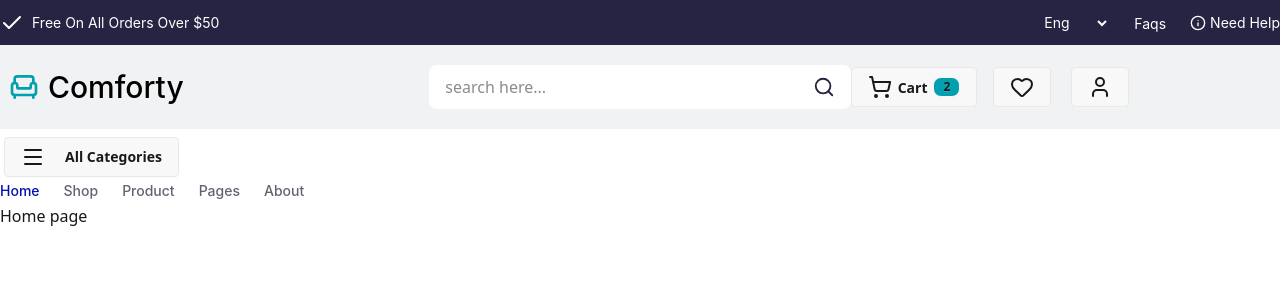
Repository: Neda0o0/store-template-website
Page: /
An editor plug-in stored every save of this project. The page is shown before and after the next save, followed by the edit.
The browser window is 1280 px wide. The pictures show the whole page.
The project was rebuilt for these pictures with package versions that can differ from the ones it lists, and the page was loaded fresh each time. Also part of the build but not shown: vite.config.js, src/Pages/Auth/Auth.jsx, src/Pages/Auth/Login/Login.jsx, src/Pages/Auth/Register/Register.jsx, src/Pages/Error/Error.jsx, src/AuthCheck/AuthCheck.jsx.

Above is the page before, as saved 2025-10-20 21:26:12.

### index.html
<!doctype html>
<html lang="en">
  <head>
    <meta charset="UTF-8" />
    <link rel="icon" type="image/svg+xml" href="/vite.svg" />
    <meta name="viewport" content="width=device-width, initial-scale=1.0" />
    <title>new-project</title>
  </head>
  <body>
    <div id="root"></div>
    <script type="module" src="/src/main.jsx"></script>
  </body>
</html>

### src/main.jsx
import { StrictMode } from "react";
import { createRoot } from "react-dom/client";
import MainLayout from "./MainLayout/MainLayout";
import "./index.css";

createRoot(document.getElementById("root")).render(
  <StrictMode>
    <MainLayout />
  </StrictMode>
);

### src/MainLayout/MainLayout.jsx
import { BrowserRouter, Route, Routes } from "react-router";
import Navbar from "../components/Navbar/Navbar";
import Home from "../Pages/Home/Home";
import Auth from "../Pages/Auth/Auth";
import Login from "../Pages/Auth/Login/Login";
import Register from "../Pages/Auth/Register/Register";
import Error from "../Pages/Error/Error";
import AuthCheck from "../AuthCheck/AuthCheck";

const MainLayout = () => {
  return (
    <BrowserRouter>
      {/* Navbar */}
      <Navbar />
      <Routes>
        <Route
          path="/"
          element={
            <AuthCheck>
              <Home />
            </AuthCheck>
          }
        />
        <Route path="auth" element={<Auth />}>
          <Route path="login" element={<Login />} />
          <Route path="register" element={<Register />} />
        </Route>
        {/* not found routes */}
        <Route path="*" element={<Error />} />
      </Routes>
    </BrowserRouter>
  );
};
export default MainLayout;

### src/index.css
@import "tailwindcss";
@plugin "daisyui";

/* google font inter */
@import url("https://fonts.googleapis.com/css2?family=Inter:ital,opsz,wght@0,14..32,100..900;1,14..32,100..900&display=swap");

@theme {
  --font-inter: "Inter", sans-serif;
}

### src/components/Navbar/Navbar.jsx
import {
  Armchair,
  Check,
  Info,
  Search,
  ShoppingCart,
  Heart,
  User,
  Menu,
} from "lucide-react";
import { Link, NavLink } from "react-router-dom";

const Navbar = () => {
  return (
    <div>
      {/* navbar top */}
      <div className="navbar_top flex items-center justify-center bg-[#272343] w-full h-[45px]">
        <div className="lg:container flex justify-between items-center">
          <p className="flex items-center gap-2 text-sm font-inter font-normal text-white capitalize">
            <Check />
            Free on all orders over $50
          </p>
          <div className="navbar_top_right flex items-center gap-6">
            <select
              defaultValue="Server location"
              className=" bg-none h-[30px] w-[70px] text-sm font-inter font-normal capitalize text-white"
            >
              <option>Eng</option>
              <option>Farsi</option>
            </select>
            <button>
              <Link className="text-sm text-white font-inter font-normal capitalize ">
                Faqs
              </Link>
            </button>
            <button>
              <Link className="flex items-center gap-1 text-sm  text-white font-inter font-normal capitalize">
                <Info size={16} />
                Need help
              </Link>
            </button>
          </div>
        </div>
      </div>
      {/* navbar middle */}
      <div className="navbar middle flex items-center justify-center bg-[#f0f2f3] w-full h-[84px]">
        <div className="lg:container grid grid-cols-3 items-center">
          <div className="logo_wrapper">
            <Link
              to="/"
              className="text-3xl text-black font-inter font-medium capitalize flex items-center gap-2"
            >
              <Armchair size="2rem" color="#029fae" /> Comforty
            </Link>
          </div>
          <div className="search_box">
            <form action="#" className="max-w-[443px] h-[44px] relative">
              <input
                type="text"
                placeholder="search here..."
                className=" max-w-[443px] w-full h-full bg-white rounded-lg pl-4 "
              />
              <button className="absolute to-50% right-4 translate-y-1/2">
                <Search size="22px" color="#272343" />
              </button>
            </form>
          </div>
          {/* navbar middle right */}
          <div className="navbar_middle_right flex items-center gap-4">
            <button className="btn capitalize">
              <ShoppingCart /> cart
              <div className="badge badge-sm bg-[#029fae]">2</div>
            </button>
            <button className="btn capitalize">
              <Heart />
            </button>

            <div className="dropdown">
              <div tabIndex={0} role="button" className="btn m-1">
                <User />
              </div>
              <ul
                tabIndex="-1"
                className="dropdown-content menu bg-base-100 rounded-box z-1 w-52 p-2 shadow-sm"
              >
                <li>
                  <Link>Account</Link>
                </li>
                <li>
                  <Link>Logout</Link>
                </li>
              </ul>
            </div>
          </div>
        </div>
      </div>

      {/* navbar bottom */}
      <div className="navbar_bottom flex items-center justify-center w-full h-[75px] bg-white">
        <div className="lg:container flex items-center justify-between">
          <div className="navbar_bottom_right">
            <div className="dropdown dropdown-start">
              <div
                tabIndex={0}
                role="button"
                className="btn m-1 flex items-center gap-5 capitalize"
              >
                <Menu /> all categories
              </div>
              <ul
                tabIndex="-1"
                className="dropdown-content menu bg-base-100 rounded-box z-1 w-52 p-2 shadow-sm"
              >
                <li>
                  <a>Item 1</a>
                </li>
                <li>
                  <a>Item 2</a>
                </li>
              </ul>
            </div>
            <nav className="flex items-center gap-6">
              <NavLink
                to="/"
                className="text-sm text-[#020fae] font-inter font-medium capitalize"
              >
                Home
              </NavLink>
              <NavLink className="text-sm text-[#636270] font-inter font-medium capitalize">
                shop
              </NavLink>
              <NavLink className="text-sm text-[#636270] font-inter font-medium capitalize">
                product
              </NavLink>
              <NavLink className="text-sm text-[#636270] font-inter font-medium capitalize">
                pages
              </NavLink>
              <NavLink className="text-sm text-[#636270] font-inter font-medium capitalize">
                about
              </NavLink>
            </nav>
          </div>
        </div>
      </div>
    </div>
  );
};
export default Navbar;

### src/Pages/Home/Home.jsx
const Home = () => {
  return <div>Home page</div>;
};
export default Home;

After the next save:
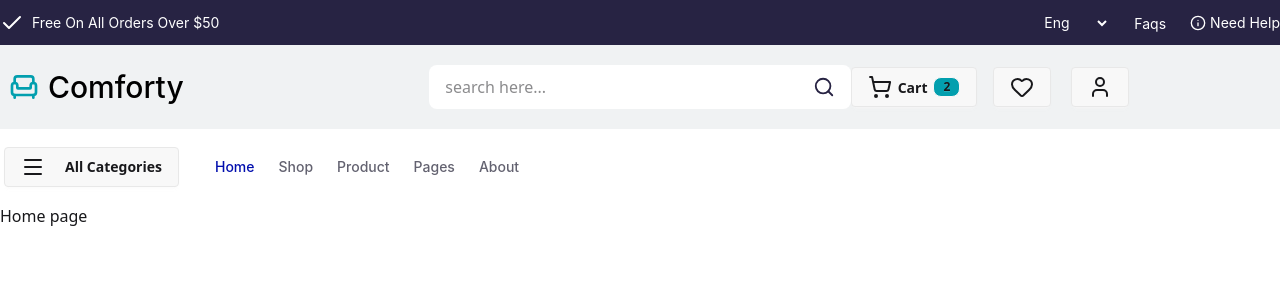
Saved 2 min 22 s later.
--- a/src/components/Navbar/Navbar.jsx
+++ b/src/components/Navbar/Navbar.jsx
@@ -98,7 +98,7 @@ const Navbar = () => {
       {/* navbar bottom */}
       <div className="navbar_bottom flex items-center justify-center w-full h-[75px] bg-white">
         <div className="lg:container flex items-center justify-between">
-          <div className="navbar_bottom_right">
+          <div className="navbar_bottom_right flex items-center gap-8">
             <div className="dropdown dropdown-start">
               <div
                 tabIndex={0}
@@ -112,10 +112,16 @@ const Navbar = () => {
                 className="dropdown-content menu bg-base-100 rounded-box z-1 w-52 p-2 shadow-sm"
               >
                 <li>
-                  <a>Item 1</a>
+                  <a>Chair</a>
                 </li>
                 <li>
-                  <a>Item 2</a>
+                  <a>Pant</a>
+                </li>
+                <li>
+                  <a>Shirt</a>
+                </li>
+                <li>
+                  <a>T-shirt</a>
                 </li>
               </ul>
             </div>
